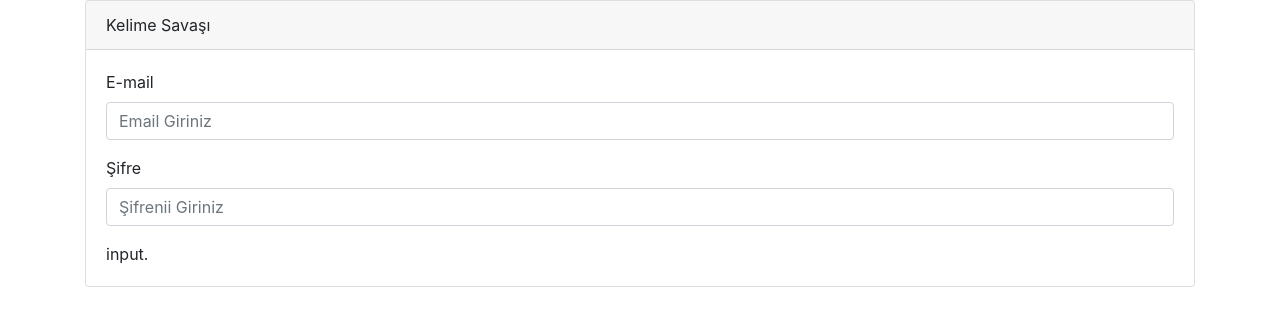
Repository: triapost/kelimeapp
Page: /login
An editor plug-in stored every save of this project. The page is shown before and after the next save, followed by the edit.
The browser window is 1280 px wide. The pictures show the whole page.
The project was rebuilt for these pictures with package versions that can differ from the ones it lists, and the page was loaded fresh each time. Also part of the build but not shown: src/pages/auth/Register.js, src/pages/home/Home.js.

Above is the page before, as saved 2020-09-15 22:26:06.

### public/index.html
<!DOCTYPE html>
<html lang="en">
  <head>
    <meta charset="utf-8" />
    <link rel="icon" href="%PUBLIC_URL%/favicon.ico" />
    <meta name="viewport" content="width=device-width, initial-scale=1" />
    <meta name="theme-color" content="#000000" />
    <meta
      name="description"
      content="Web site created using create-react-app"
    />
    <link rel="apple-touch-icon" href="%PUBLIC_URL%/logo192.png" />
    <!--
      manifest.json provides metadata used when your web app is installed on a
      user's mobile device or desktop. See https://developers.google.com/web/fundamentals/web-app-manifest/
    -->
    <link rel="manifest" href="%PUBLIC_URL%/manifest.json" />
    <link
      rel="stylesheet"
      href="https://stackpath.bootstrapcdn.com/bootstrap/4.5.2/css/bootstrap.min.css"
      integrity="sha384-JcKb8q3iqJ61gNV9KGb8thSsNjpSL0n8PARn9HuZOnIxN0hoP+VmmDGMN5t9UJ0Z"
      crossorigin="anonymous"
    />
    <!--
      Notice the use of %PUBLIC_URL% in the tags above.
      It will be replaced with the URL of the `public` folder during the build.
      Only files inside the `public` folder can be referenced from the HTML.

      Unlike "/favicon.ico" or "favicon.ico", "%PUBLIC_URL%/favicon.ico" will
      work correctly both with client-side routing and a non-root public URL.
      Learn how to configure a non-root public URL by running `npm run build`.
    -->
    <title>React App</title>
  </head>
  <body>
    <noscript>You need to enable JavaScript to run this app.</noscript>
    <div id="root"></div>
    <!--
      This HTML file is a template.
      If you open it directly in the browser, you will see an empty page.

      You can add webfonts, meta tags, or analytics to this file.
      The build step will place the bundled scripts into the <body> tag.

      To begin the development, run `npm start` or `yarn start`.
      To create a production bundle, use `npm run build` or `yarn build`.
    -->
  </body>
</html>

### src/pages/index.js
export { default as Login } from "./auth/Login";
export { default as Register } from "./auth/Register";
export { default as Home } from "./home/Home";

### src/pages/auth/Login.js
import React, { useState } from "react";

const Login = () => {
  return (
    <div className="container">
      <div className="card">
        <div className="card-header">Kelime Savaşı</div>
        <div className="card-body">
          <form>
            <div className="form-group">
              <label htmlFor="">E-mail</label>
              <input
                type="email"
                className="form-control"
                placeholder="Email Giriniz"
                name="email"
                required
              />
            </div>
            <div className="form-group">
              <label htmlFor="">Şifre</label>
              <input
                type="password"
                className="form-control"
                placeholder="Şifrenii Giriniz"
                name="password"
                required
              />
            </div>
            input.
          </form>
        </div>
      </div>
    </div>
  );
};

export default Login;

Loaded but not shown: src/index.js (common file); src/App.js (common file)

After the next save:
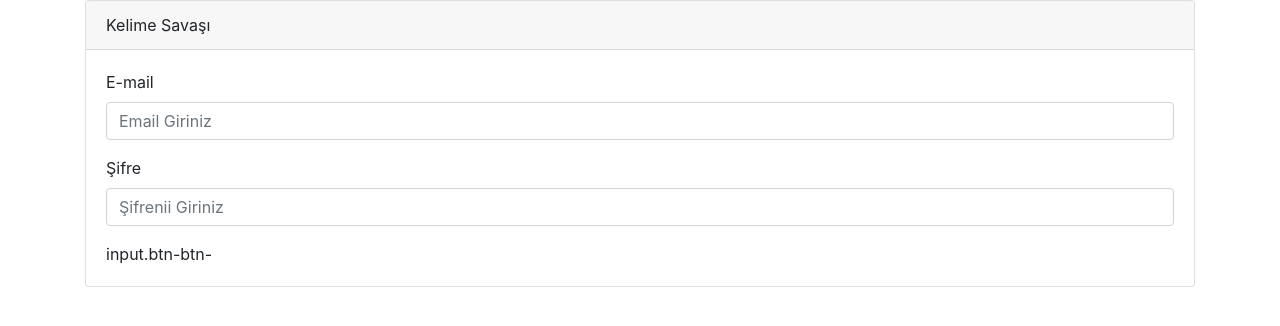
Saved 6 s later.
--- a/src/pages/auth/Login.js
+++ b/src/pages/auth/Login.js
@@ -27,7 +27,7 @@ const Login = () => {
                 required
               />
             </div>
-            input.
+            input.btn-btn-
           </form>
         </div>
       </div>
